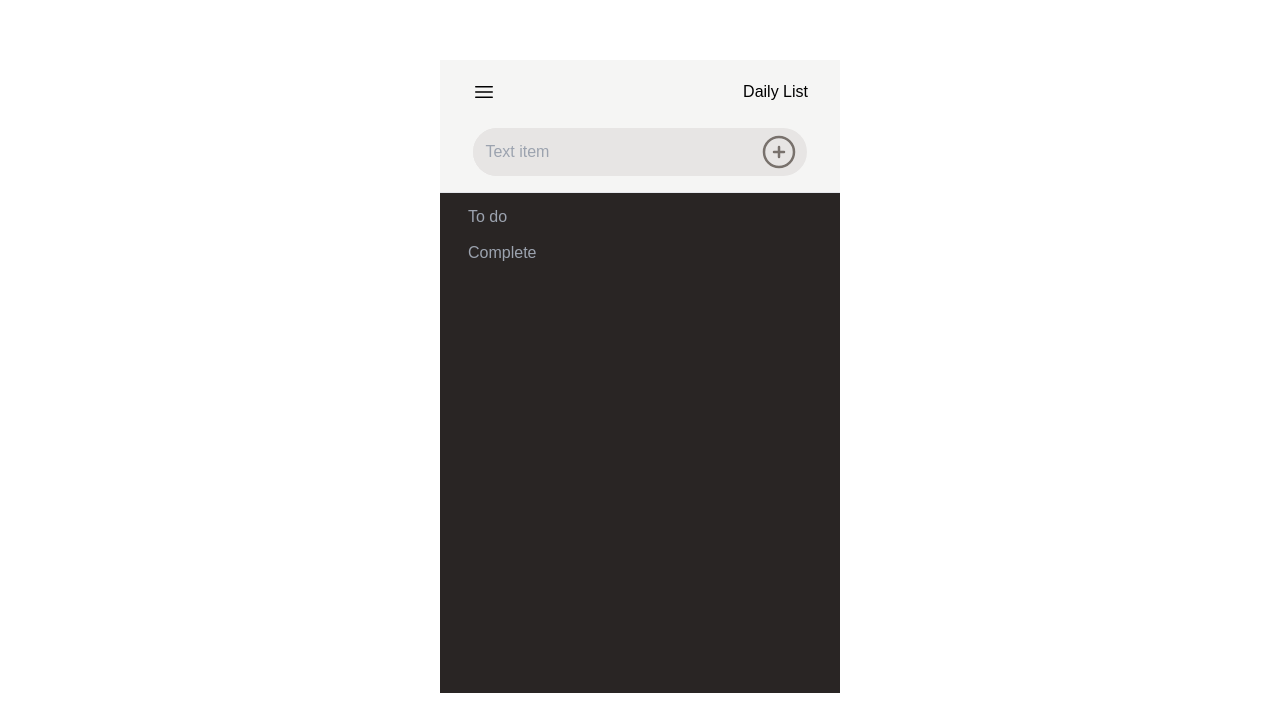
Repository: hsumyatm7308/TodolistbyPHP
Page: http://localhost/
An editor plug-in stored every save of this project. The page is shown before and after a run of saves, followed by the edit.
The browser window is 1280 px wide. The pictures show the whole page.
Some web libraries are served in a nearby version. The page is run by PHP 8.4 with error messages shown; the project is at /var/www/html/. Queries for data that is not in the repository find no rows.

Above is the page before, as saved 2023-07-09 23:07:30.

After the next 2 saves:
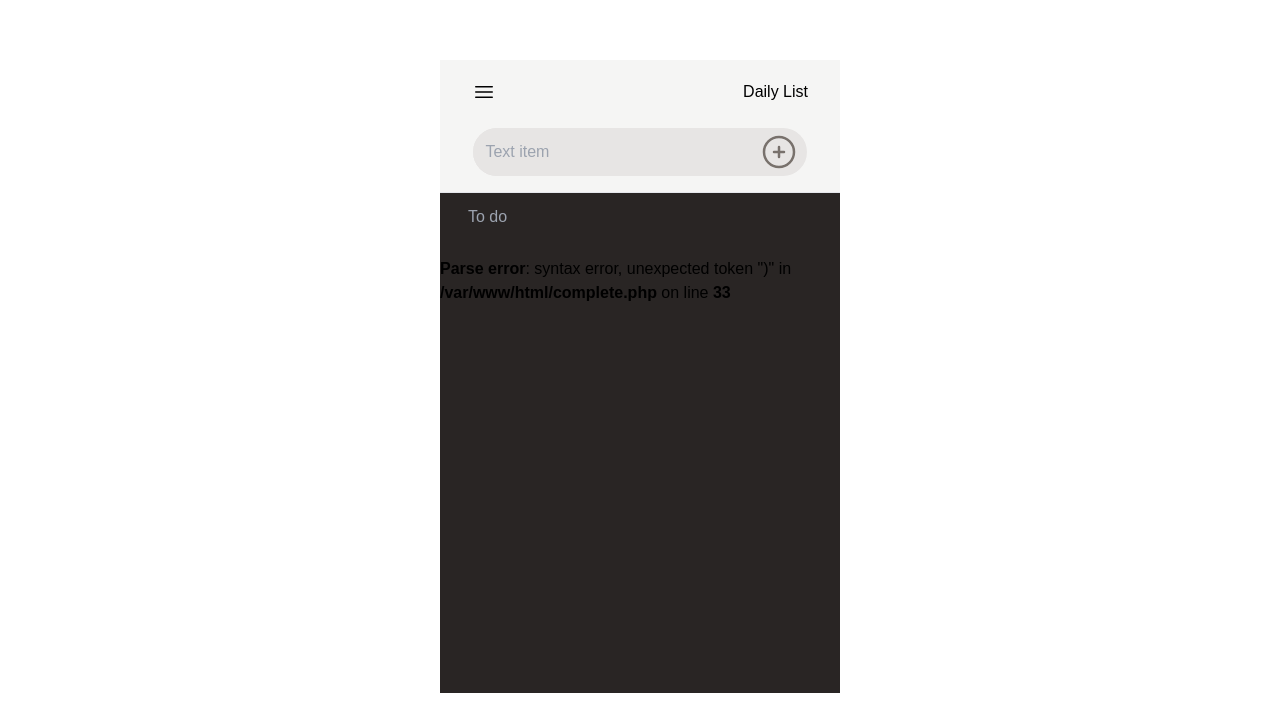
The 2 saves are shown as one change because they came seconds apart.
The last was saved 88 s later.
--- a/complete.php
+++ b/complete.php
@@ -9,7 +9,7 @@ if ($_SERVER["REQUEST_METHOD"] === "POST") {
     if (isset($_POST['complete'])) {
 
         $completeid = $_POST['complete'];
-
+        $row = $stmt->fetch();
         echo $completeid;
 
         try {
@@ -30,7 +30,7 @@ if ($_SERVER["REQUEST_METHOD"] === "POST") {
 <form action="" method="post" class="mt-3" enctype="multipart/form-data">
     <h3 class="text-gray-400 ml-7 mb-1">Complete</h3>
 
-    <?php while ($row = $stmt->fetch()): ?>
+    <?php while (): ?>
         <div class="w-full h-auto flex justify-center items-center p-1">
             <div class="w-[85%] h-auto bg-stone-200 flex justify-between items-center p-3">
                 <span>
